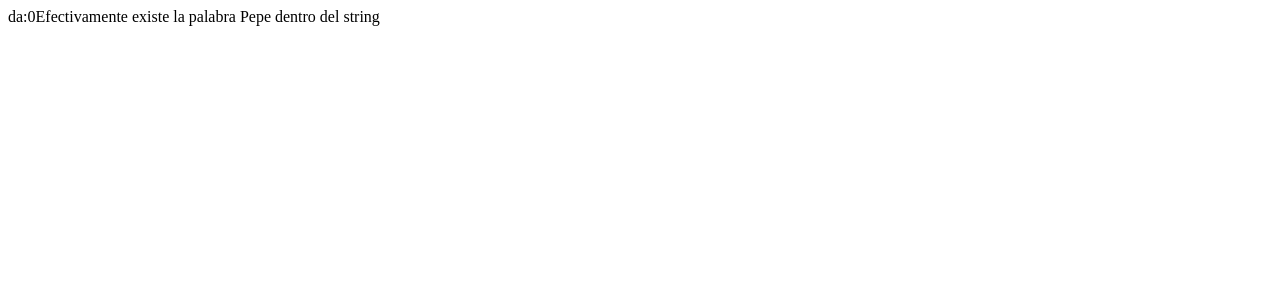
Repository: ManuFerrer094/inteligenciaartificial
Page: http://localhost/patrones/expresiones/index1.php
The author's editor kept a record of every edit. The page is drawn from the files as they stood at one moment, then again after the next edit.
The browser window is 1280 px wide. The pictures show the whole page.
The page is run by PHP 8.4 with error messages shown; the project is at /var/www/html/.

Above is the page before.

After the next edit:
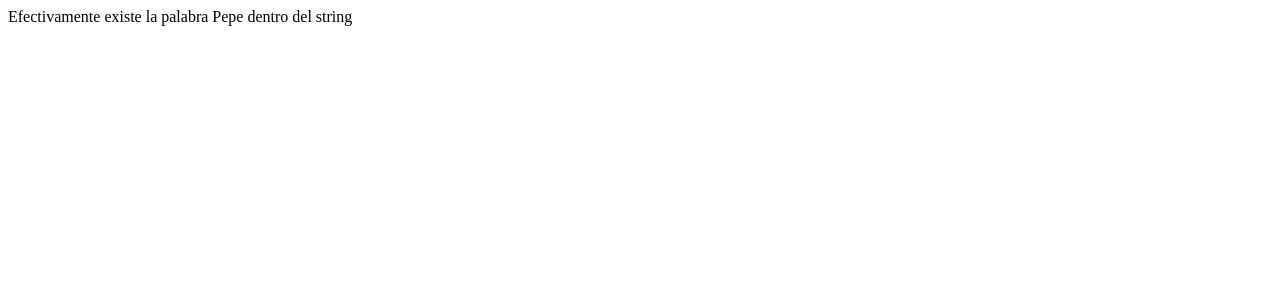
The edit:
--- a/patrones/expresiones/index1.php
+++ b/patrones/expresiones/index1.php
@@ -3,7 +3,6 @@
     $loquebuscas = "Pepe";
     $dondelobuscas = "Pepe vino a verme esta mañana";
 
-    echo "da:".strpos($dondelobuscas, $loquebuscas);
 
     if(strpos($dondelobuscas, $loquebuscas) !== false){
         echo "Efectivamente existe la palabra Pepe dentro del string";
